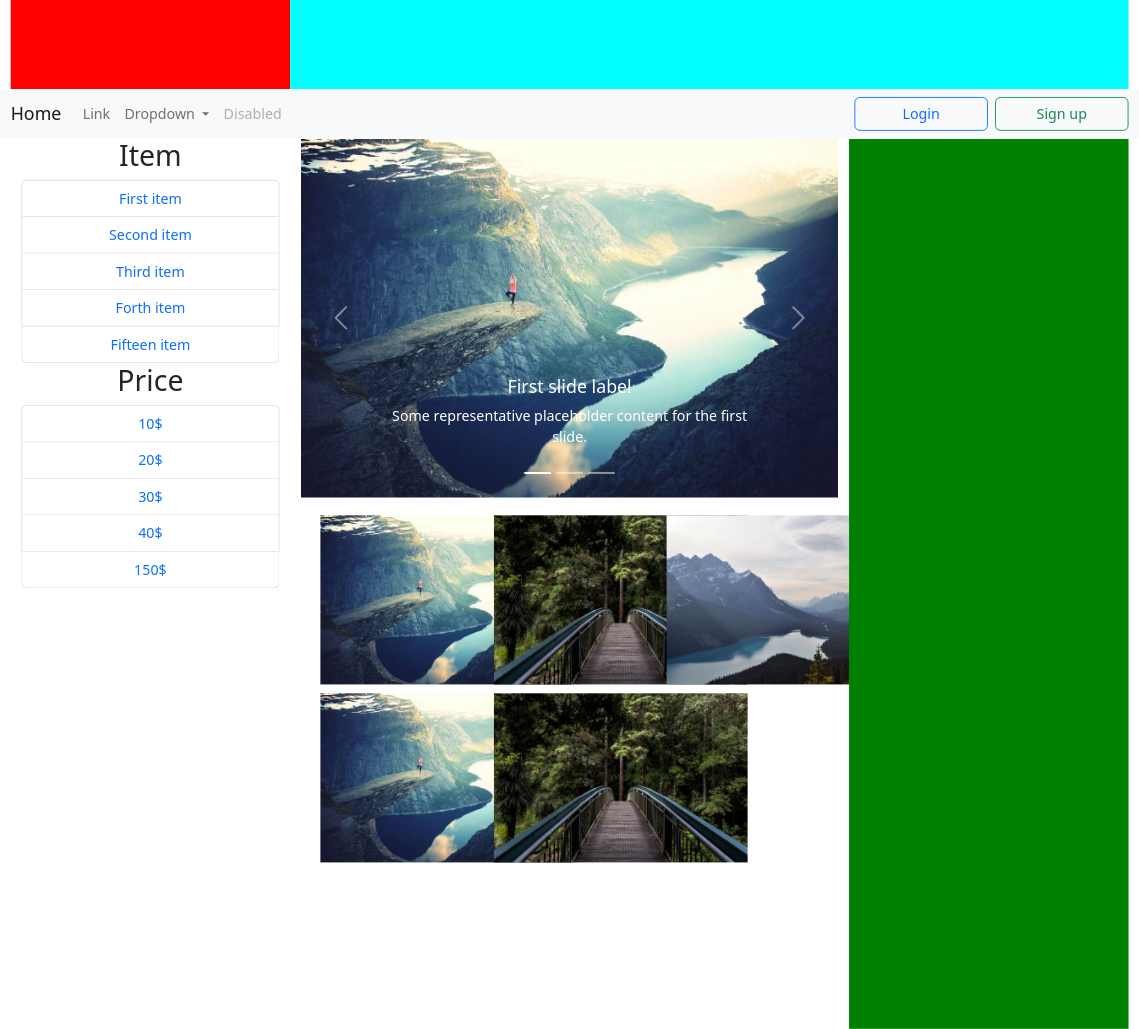
Repository: nguyenhung50497/MD2_bootstrap
Page: BT_giaoDienWeb/index.html
The author's editor kept a copy of each file at every save. The page is drawn from the files as they stood at one save, then again after a run of saves.
The browser window is 1280 px wide. The pictures show the whole page, at 89% of full size.

Above is the page before, as saved 2022-11-30 14:12:44.

### BT_giaoDienWeb/index.html
<!DOCTYPE html>
<html lang="en">
<head>
    <meta charset="UTF-8">
    <meta http-equiv="X-UA-Compatible" content="IE=edge">
    <meta name="viewport" content="width=device-width, initial-scale=1.0">
    <link href="https://cdn.jsdelivr.net/npm/bootstrap@5.2.3/dist/css/bootstrap.min.css" rel="stylesheet" integrity="sha384-rbsA2VBKQhggwzxH7pPCaAqO46MgnOM80zW1RWuH61DGLwZJEdK2Kadq2F9CUG65" crossorigin="anonymous">
    <script src="https://cdn.jsdelivr.net/npm/bootstrap@5.2.3/dist/js/bootstrap.bundle.min.js" integrity="sha384-kenU1KFdBIe4zVF0s0G1M5b4hcpxyD9F7jL+jjXkk+Q2h455rYXK/7HAuoJl+0I4" crossorigin="anonymous"></script>
    <title>Document</title>
</head>
<style>
    .logo {
        background-color: red;
        height: 100px;
    }
    .anhBia {
        background-color: aqua;
        height: 100px;
    }
    .right {
        background-color: green;
        height: 1000px;
    }
    a {
        text-decoration: none;
    }
    .contentImg {
        padding: 10px;
    }
    .contentImg > div > img {
        margin: ;
        margin-top: 10px;
        height: 190px;
    }
</style>
<body>
<center>
    <div>
    <header class="container-fluid row">
        <div class="col-lg-3 logo">
            <img src="" alt="">
        </div>
        <div class="col-lg-9 anhBia">
            <img src="" alt="">
        </div>
    </header>
    <nav class="navbar navbar-expand-lg bg-light">
        <div class="container-fluid">
          <a class="navbar-brand" href="#">Home</a>
          <button class="navbar-toggler" type="button" data-bs-toggle="collapse" data-bs-target="#navbarSupportedContent" aria-controls="navbarSupportedContent" aria-expanded="false" aria-label="Toggle navigation">
            <span class="navbar-toggler-icon"></span>
          </button>
          <div class="collapse navbar-collapse" id="navbarSupportedContent">
            <ul class="navbar-nav me-auto mb-2 mb-lg-0">
              <li class="nav-item">
                <a class="nav-link" href="#">Link</a>
              </li>
              <li class="nav-item dropdown">
                <a class="nav-link dropdown-toggle" href="#" role="button" data-bs-toggle="dropdown" aria-expanded="false">
                  Dropdown
                </a>
                <ul class="dropdown-menu">
                  <li><a class="dropdown-item" href="#">Action</a></li>
                  <li><a class="dropdown-item" href="#">Another action</a></li>
                  <li><hr class="dropdown-divider"></li>
                  <li><a class="dropdown-item" href="#">Something else here</a></li>
                </ul>
              </li>
              <li class="nav-item">
                <a class="nav-link disabled">Disabled</a>
              </li>
            </ul>
            <form class="d-flex" role="search">
              <button class="form-control me-2 btn btn-outline-primary" style="width: 150px;">Login</button>
              <button class="btn btn-outline-success" type="submit" style="width: 150px;">Sign up</button>
            </form>
          </div>
        </div>
      </nav>
    <div class="container-fluid row">
        <aside class="col-lg-3 left">
            <h2>Item</h2>
            <ul class="list-group">
                <li class="list-group-item"><a href="">First item</a></li>
                <li class="list-group-item"><a href="">Second item</a></li>
                <li class="list-group-item"><a href="">Third item</a></li>
                <li class="list-group-item"><a href="">Forth item</a></li>
                <li class="list-group-item"><a href="">Fifteen item</a></li>
            </ul>
            <h2>Price</h2>
            <ul class="list-group">
                <li class="list-group-item"><a href="">10$</a></li>
                <li class="list-group-item"><a href="">20$</a></li>
                <li class="list-group-item"><a href="">30$</a></li>
                <li class="list-group-item"><a href="">40$</a></li>
                <li class="list-group-item"><a href="">150$</a></li>
            </ul>
        </aside>
        <section class="col-lg-6 content">
            <div id="carouselExampleCaptions" class="carousel slide" data-bs-ride="false">
                <div class="carousel-indicators">
                  <button type="button" data-bs-target="#carouselExampleCaptions" data-bs-slide-to="0" class="active" aria-current="true" aria-label="Slide 1"></button>
                  <button type="button" data-bs-target="#carouselExampleCaptions" data-bs-slide-to="1" aria-label="Slide 2"></button>
                  <button type="button" data-bs-target="#carouselExampleCaptions" data-bs-slide-to="2" aria-label="Slide 3"></button>
                </div>
                <div class="carousel-inner">
                  <div class="carousel-item active">
                    <img src="anh1.jpg" class="d-block w-100" alt="Anh 1">
                    <div class="carousel-caption d-none d-md-block">
                      <h5>First slide label</h5>
                      <p>Some representative placeholder content for the first slide.</p>
                    </div>
                  </div>
                  <div class="carousel-item">
                    <img src="anh2.jpg" class="d-block w-100" alt="Anh 2">
                    <div class="carousel-caption d-none d-md-block">
                      <h5>Second slide label</h5>
                      <p>Some representative placeholder content for the second slide.</p>
                    </div>
                  </div>
                  <div class="carousel-item">
                    <img src="anh3.jpg" class="d-block w-100" alt="Anh 3">
                    <div class="carousel-caption d-none d-md-block">
                      <h5>Third slide label</h5>
                      <p>Some representative placeholder content for the third slide.</p>
                    </div>
                  </div>
                </div>
                <button class="carousel-control-prev" type="button" data-bs-target="#carouselExampleCaptions" data-bs-slide="prev">
                  <span class="carousel-control-prev-icon" aria-hidden="true"></span>
                  <span class="visually-hidden">Previous</span>
                </button>
                <button class="carousel-control-next" type="button" data-bs-target="#carouselExampleCaptions" data-bs-slide="next">
                  <span class="carousel-control-next-icon" aria-hidden="true"></span>
                  <span class="visually-hidden">Next</span>
                </button>
            </div>
            <div class="container-fluid row contentImg">
                <div class="col-lg-4"><img src="anh1.jpg" alt=""></div>
                <div class="col-lg-4"><img src="anh2.jpg" alt=""></div>
                <div class="col-lg-4"><img src="anh3.jpg" alt=""></div>
                <div class="col-lg-4"><img src="anh1.jpg" alt=""></div>
                <div class="col-lg-4"><img src="anh2.jpg" alt=""></div>
            </div>
        </section>
        <aside class="col-lg-3 right"></aside>
    </div>
    <footer></footer>
    </div>
</center>
</body>
</html>

After the next 4 saves:
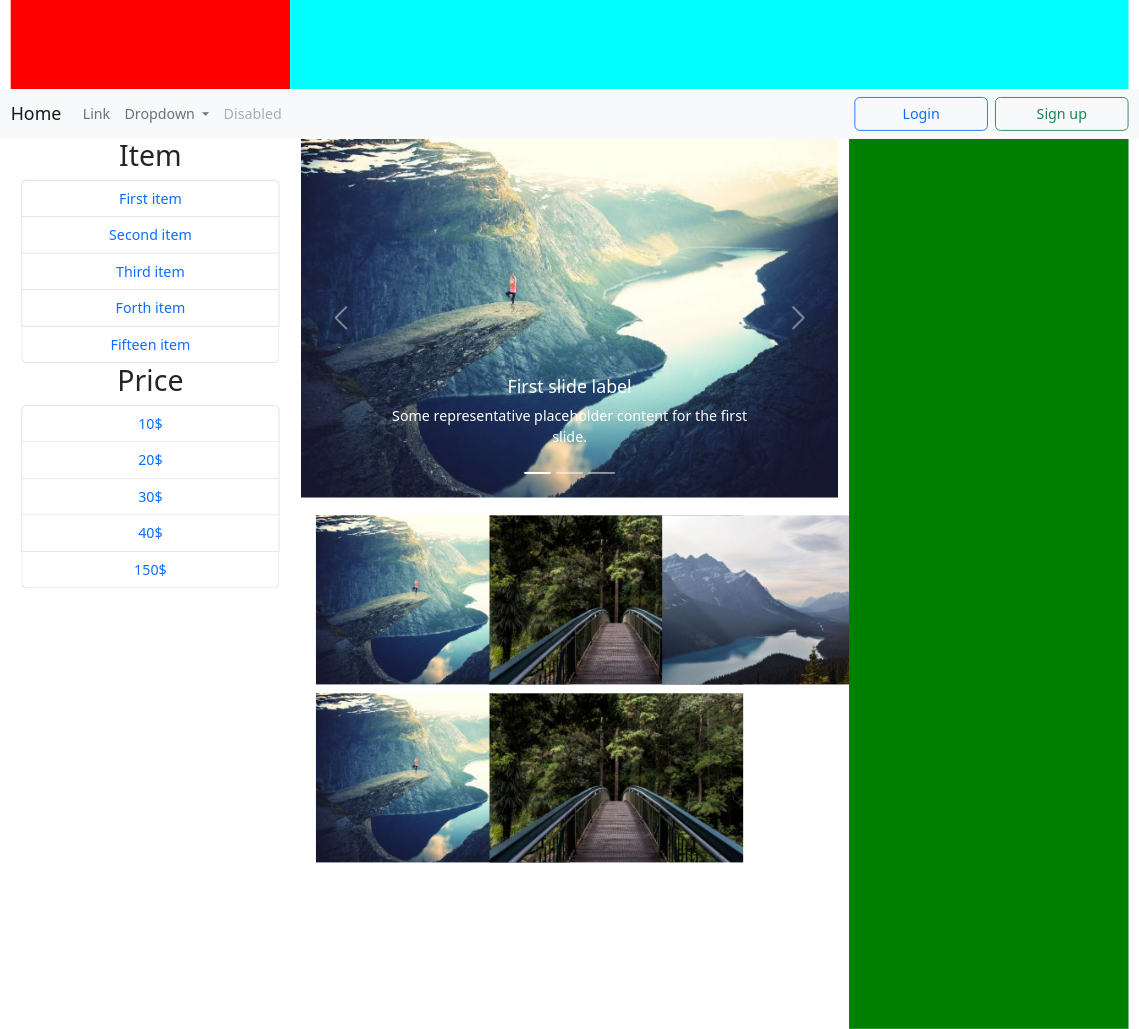
The 4 saves are shown as one change because they came seconds apart.
The last was saved 12 s later.
--- a/BT_giaoDienWeb/index.html
+++ b/BT_giaoDienWeb/index.html
@@ -28,7 +28,7 @@
         padding: 10px;
     }
     .contentImg > div > img {
-        margin: ;
+        margin-left: -5px;
         margin-top: 10px;
         height: 190px;
     }
